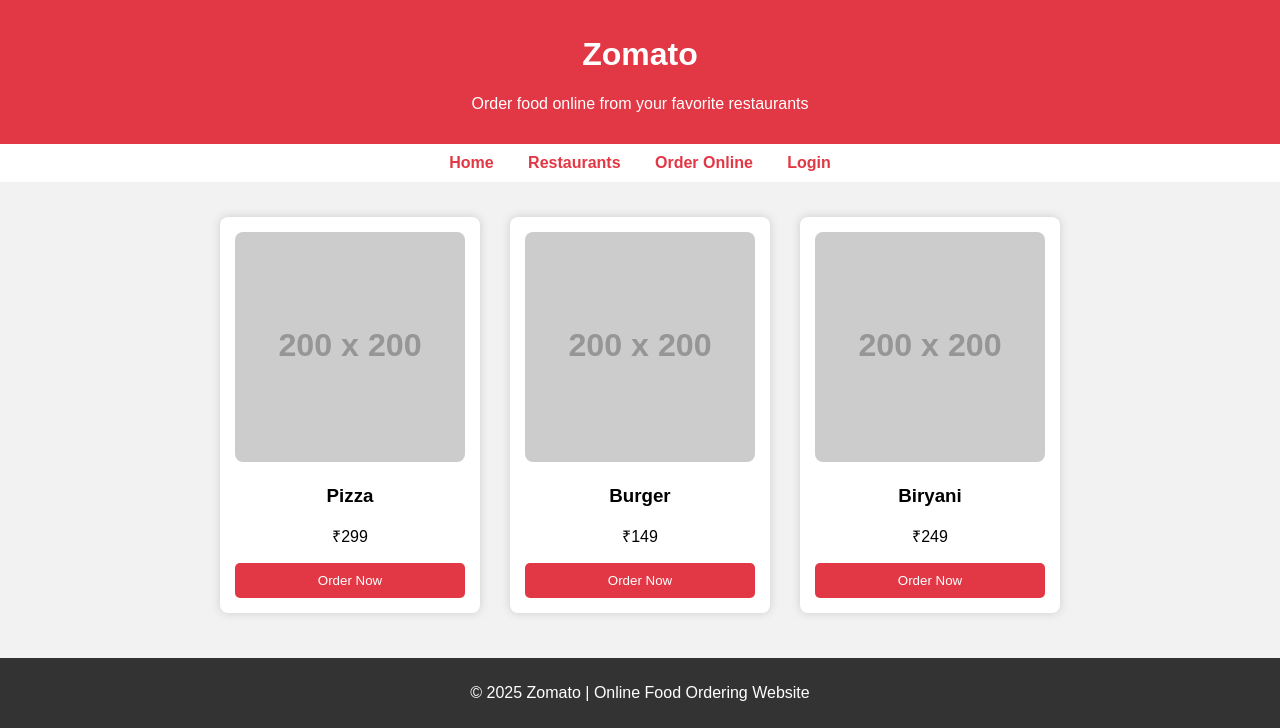
Repository: Glory998/ELCE1-32
Page: zomatoproject.html
These files come from the project's save history. The page is drawn as it stood at one moment and after the next save; the edit follows.
The browser window is 1280 px wide. The pictures show the whole page.

Above is the page before, as saved 2025-12-16 02:02:29.

### zomatoproject.html
<!DOCTYPE html>
<html lang="en">
<head>
    <meta charset="UTF-8">
    <title>Zomato | Online Food Ordering</title>

    <style>
        body {
            margin: 0;
            font-family: Arial, sans-serif;
            background-color: #f2f2f2;
        }

        /* Header */
        header {
            background-color: #e23744;
            color: white;
            padding: 15px;
            text-align: center;
        }

        /* Navigation */
        nav {
            background-color: white;
            padding: 10px;
            text-align: center;
        }

        nav a {
            text-decoration: none;
            margin: 15px;
            color: #e23744;
            font-weight: bold;
        }

        /* Main Section */
        .container {
            display: flex;
            justify-content: center;
            margin: 20px;
        }

        .food-card {
            background-color: white;
            width: 230px;
            margin: 15px;
            padding: 15px;
            text-align: center;
            border-radius: 8px;
            box-shadow: 0 0 10px #ccc;
        }

        .food-card img {
            width: 100%;
            border-radius: 8px;
        }

        .food-card button {
            background-color: #e23744;
            color: white;
            border: none;
            padding: 10px;
            width: 100%;
            border-radius: 5px;
            cursor: pointer;
        }

        /* Footer */
        footer {
            background-color: #333;
            color: white;
            text-align: center;
            padding: 10px;
            margin-top: 30px;
        }
    </style>
</head>

<body>

    <!-- Header -->
    <header>
        <h1>Zomato</h1>
        <p>Order food online from your favorite restaurants</p>
    </header>

    <!-- Navigation -->
    <nav>
        <a href="#">Home</a>
        <a href="#">Restaurants</a>
        <a href="#">Order Online</a>
        <a href="#">Login</a>
    </nav>

    <!-- Food Items -->
    <div class="container">

        <div class="food-card">
            <img src="https://via.placeholder.com/200">
            <h3>Pizza</h3>
            <p>₹299</p>
            <button>Order Now</button>
        </div>

        <div class="food-card">
            <img src="https://via.placeholder.com/200">
            <h3>Burger</h3>
            <p>₹149</p>
            <button>Order Now</button>
        </div>

        <div class="food-card">
            <img src="https://via.placeholder.com/200">
            <h3>Biryani</h3>
            <p>₹249</p>
            <button>Order Now</button>
        </div>

    </div>

    <!-- Footer -->
    <footer>
        <p>© 2025 Zomato | Online Food Ordering Website</p>
    </footer>

</body>
</html>

After the next save:
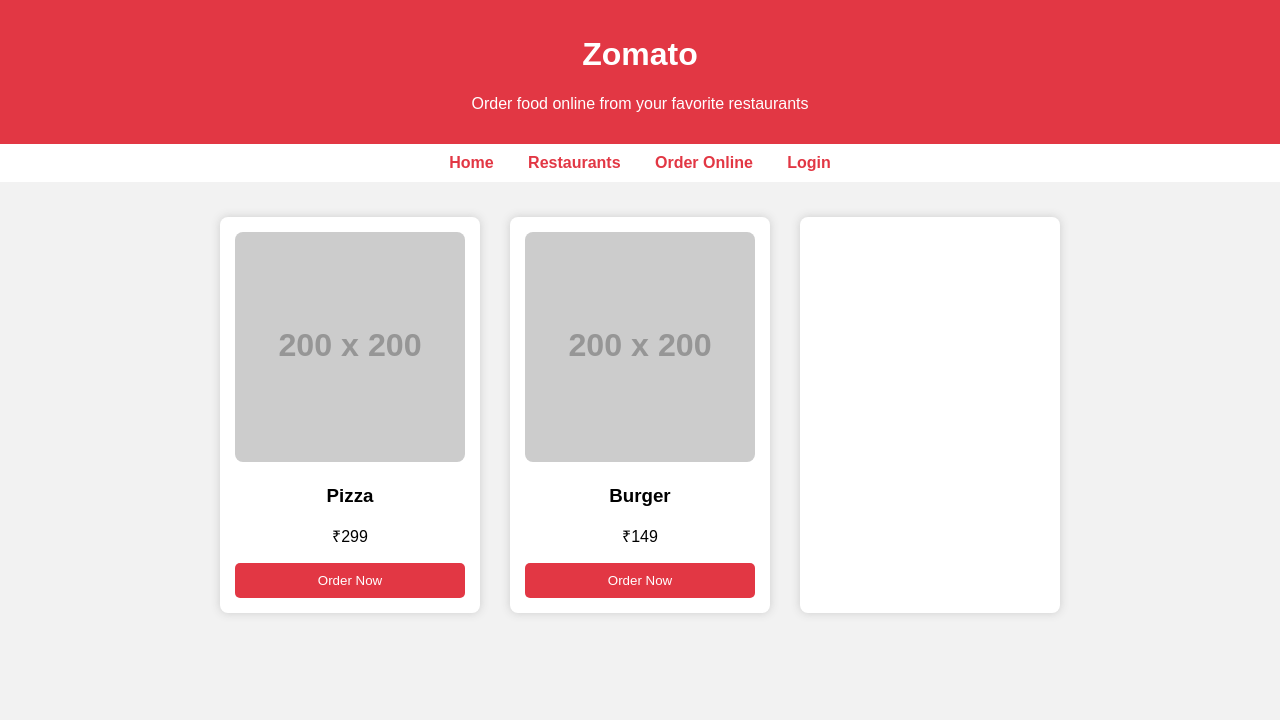
Saved 6 min 19 s later.
--- a/zomatoproject.html
+++ b/zomatoproject.html
@@ -110,7 +110,7 @@
         </div>
 
         <div class="food-card">
-            <img src="https://via.placeholder.com/200">
+            <img src="biryani.avif>
             <h3>Biryani</h3>
             <p>₹249</p>
             <button>Order Now</button>

After the save that followed:
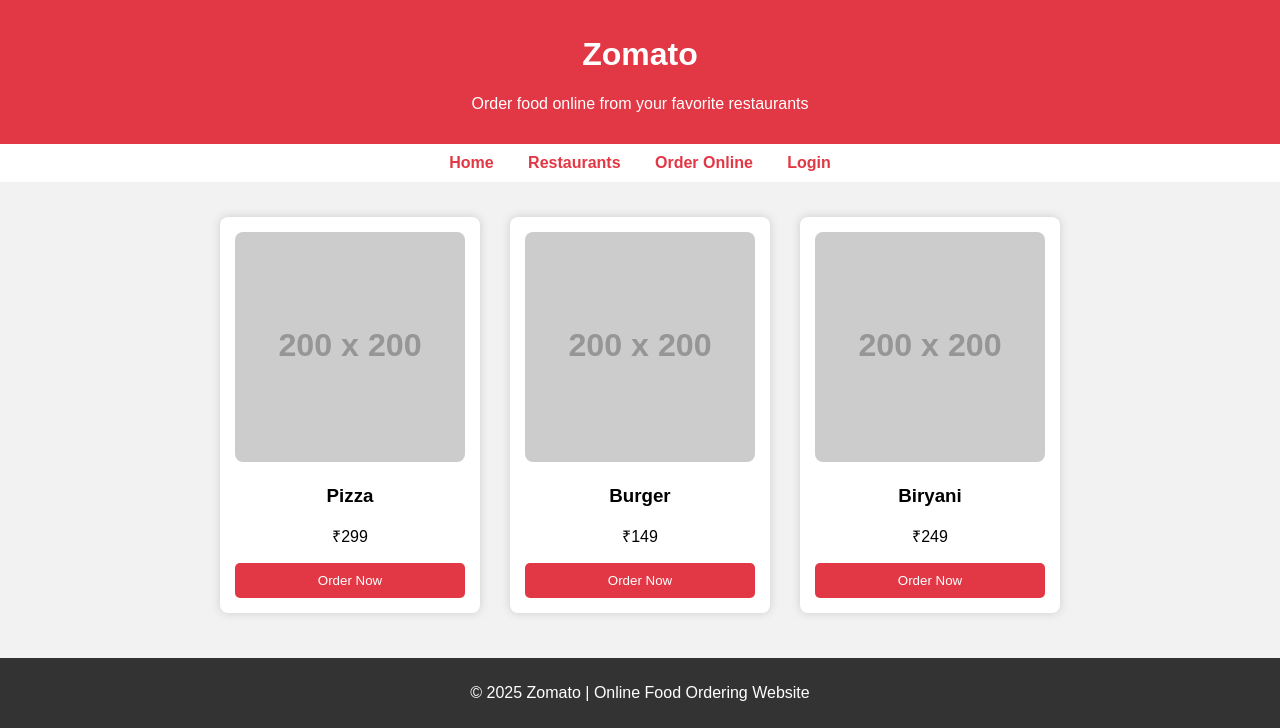
Saved 57 s later.
--- a/zomatoproject.html
+++ b/zomatoproject.html
@@ -110,7 +110,7 @@
         </div>
 
         <div class="food-card">
-            <img src="biryani.avif>
+            <img src="https://via.placeholder.com/200">
             <h3>Biryani</h3>
             <p>₹249</p>
             <button>Order Now</button>
